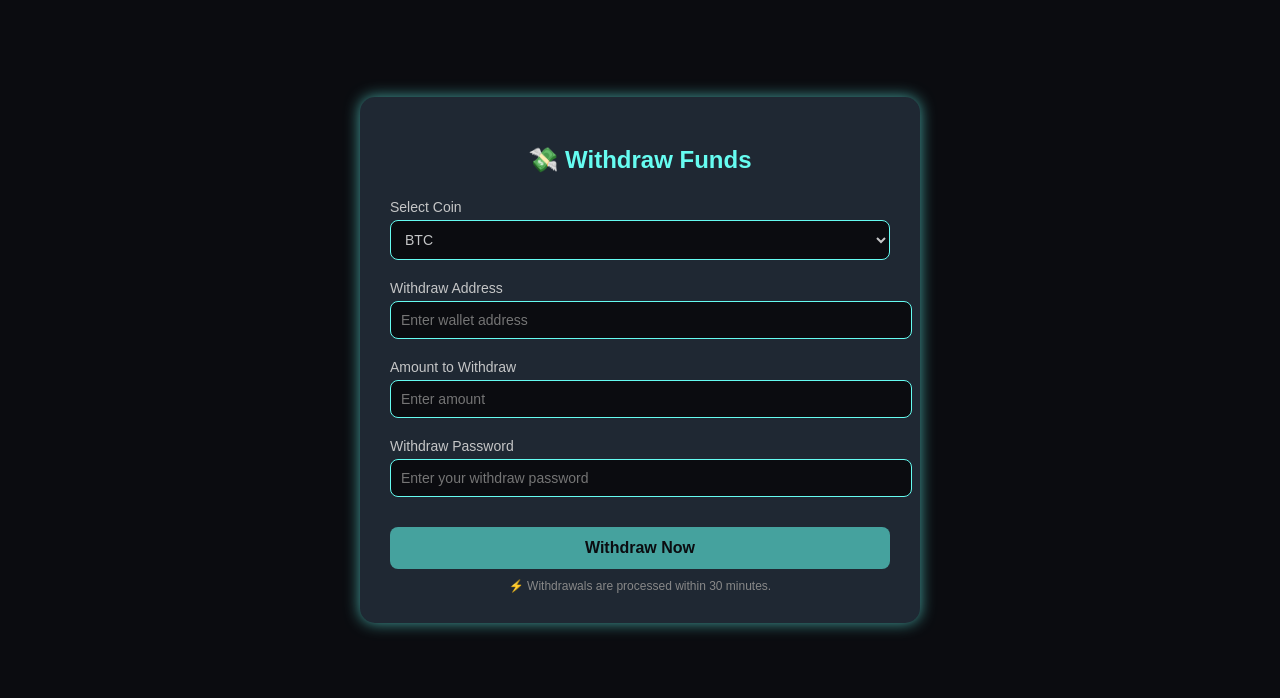
Repository: fredericIT/cypto
Page: http://localhost/account/withdraw
The author's editor kept a copy of each file at every save. The page is drawn from the files as they stood at one save, then again after the next save.
The browser window is 1280 px wide. The pictures show the whole page.
The page is served by the project's application, run on Flask 3 (app.py). The user the application loads for id 1 is signed in. The page reads the database file committed with the project.

Above is the page before, as saved 2025-04-26 22:26:18.

After the next save:
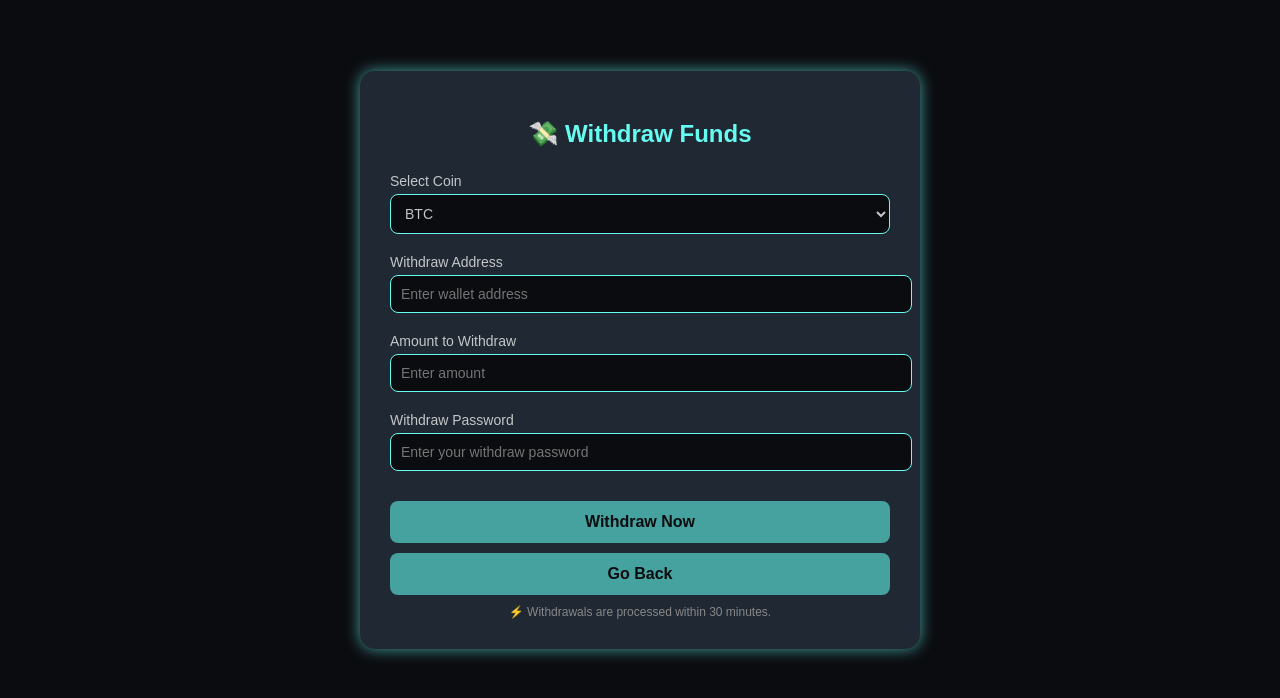
Saved 78 s later.
--- a/templates/user/withdraw.html
+++ b/templates/user/withdraw.html
@@ -50,6 +50,7 @@
             </div>
 
             <button type="submit" class="submit-btn">Withdraw Now</button>
+            <button type="submit" class="submit-btn" onclick="javascript:self.history.back()">Go Back</button>
 
             <div class="note">
                 ⚡ Withdrawals are processed within 30 minutes.
